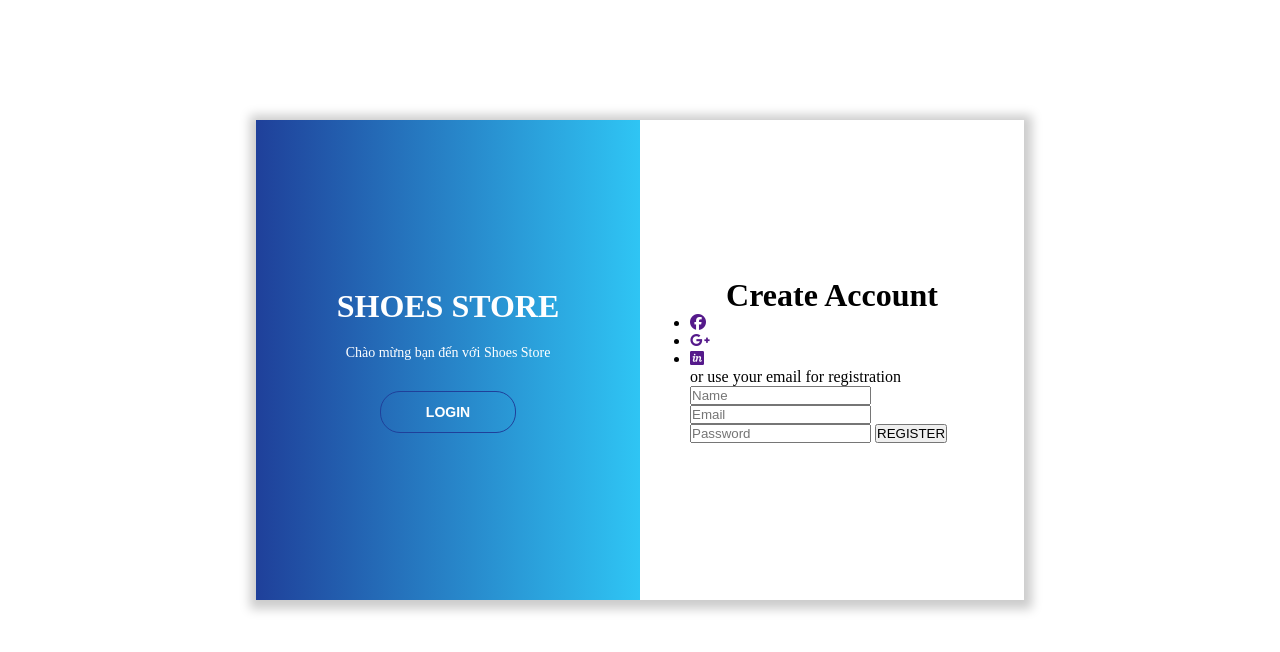
Repository: levananh202ht/Shoes-Store
Page: FondEnd/Styles/Register.html
These files come from the project's save history. The page is drawn as it stood at one moment and after the next save; the edit follows.
The browser window is 1280 px wide. The pictures show the whole page.

Above is the page before, as saved 2023-12-23 14:08:15.

### FondEnd/Styles/Register.html
<!DOCTYPE html>
<html lang="en">
<head>
    <meta charset="UTF-8">
    <meta name="viewport" content="width=device-width, initial-scale=1.0">
    <link rel="stylesheet" href="https://cdnjs.cloudflare.com/ajax/libs/font-awesome/6.5.1/css/all.min.css" integrity="sha512-DTOQO9RWCH3ppGqcWaEA1BIZOC6xxalwEsw9c2QQeAIftl+Vegovlnee1c9QX4TctnWMn13TZye+giMm8e2LwA==" crossorigin="anonymous" referrerpolicy="no-referrer" />
    <link rel="stylesheet" href="./Register.css">
    <title>Document</title>
</head>
<body>
    <div class="container">

        <div class="container_title">
            <h1>SHOES STORE</h1>
            <p>Chào mừng bạn đến với Shoes Store</p>
            <button><a href="">LOGIN</a></button>
        </div>

        <div class="container_from">
            <div class="container_from_register">

                <h1>Create Account</h1>
                <ul>
                    <li>
                        <a href=""><i class="fa-brands fa-facebook"></i></a>
                    </li>
                    <li>
                        <a href=""><i class="fa-brands fa-google-plus-g"></i></a>
                    </li>
                    <li>
                        <a href=""><i class="fa-brands fa-invision"></i></a>
                    </li>
                </ul>
                <p>or use your email for registration</p>
                <input type="name" placeholder="Name">
                <input type="email" placeholder="Email">
                <input type="password" placeholder="Password">
                <button>REGISTER</button>
            </div>
        </div>

    </div>
</body>
</html>

### FondEnd/Styles/Register.css

* {
    margin: 0;
    padding: 0;
    box-sizing: border-box;
}
body{
    display: flex;
    height: 100vh;
    align-items: center;
    justify-content: center;
}
.container {
    display: flex;
    width: 768px;
    height: 480px;
    background: #fff;
    box-shadow:1px 2px 10px 7px #ccc  ;
}
.container .container_title {
    background: linear-gradient(to right, #1f409a, #2fc5f4);
    width: 50%;
    color: #fff;
    display: flex;
    flex-direction: column;
    align-items: center;
    justify-content: center;
}
.container .container_title h1 {
    font-size: 32px;
}
.container .container_title p {
    margin: 20px 0 30px;
    font-size: 14px;
}
.container .container_title button {
    border-radius: 20px;
    border: 1px solid #1f409a;
    padding: 12px 45px;
    background-color: transparent;
}
.container .container_title button:hover{
    background-color: #1f409a;
    border-color: transparent;
}
.container .container_title button a {
    font-size: 14px;
    text-decoration: none;
    color: #fff;
    font-weight: 600;
}
.container .container_from{
    width: 50%;
    padding: 0 50px;
    display: flex;
    flex-direction: column;
    align-items: center;
    justify-content: center;
}
.container .container_from h1 {
    font-size: 32px;
    text-align: center;
    font-weight: 600;
}

After the next save:
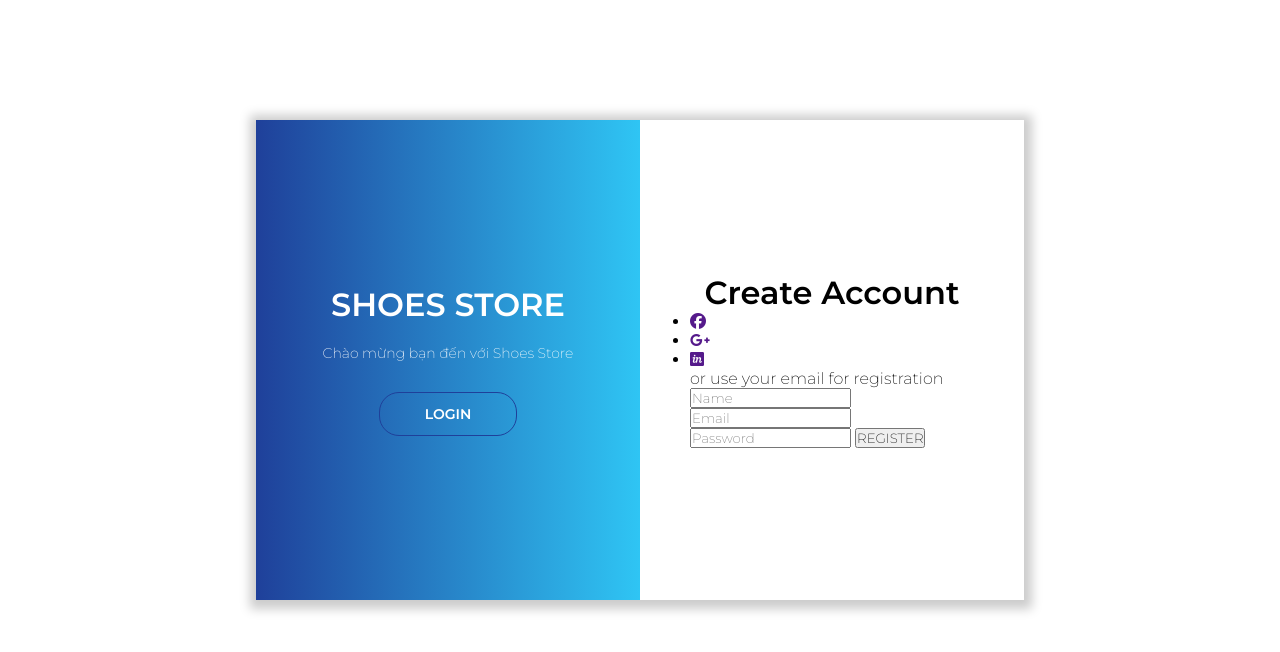
Saved 3 min 30 s later.
--- a/FondEnd/Styles/Register.css
+++ b/FondEnd/Styles/Register.css
@@ -1,8 +1,10 @@
+@import url('https://fonts.googleapis.com/css2?family=Montserrat:ital,wght@0,200;0,600;1,200;1,600&display=swap');
 
 * {
     margin: 0;
     padding: 0;
     box-sizing: border-box;
+    font-family: 'Montserrat', sans-serif;
 }
 body{
     display: flex;
